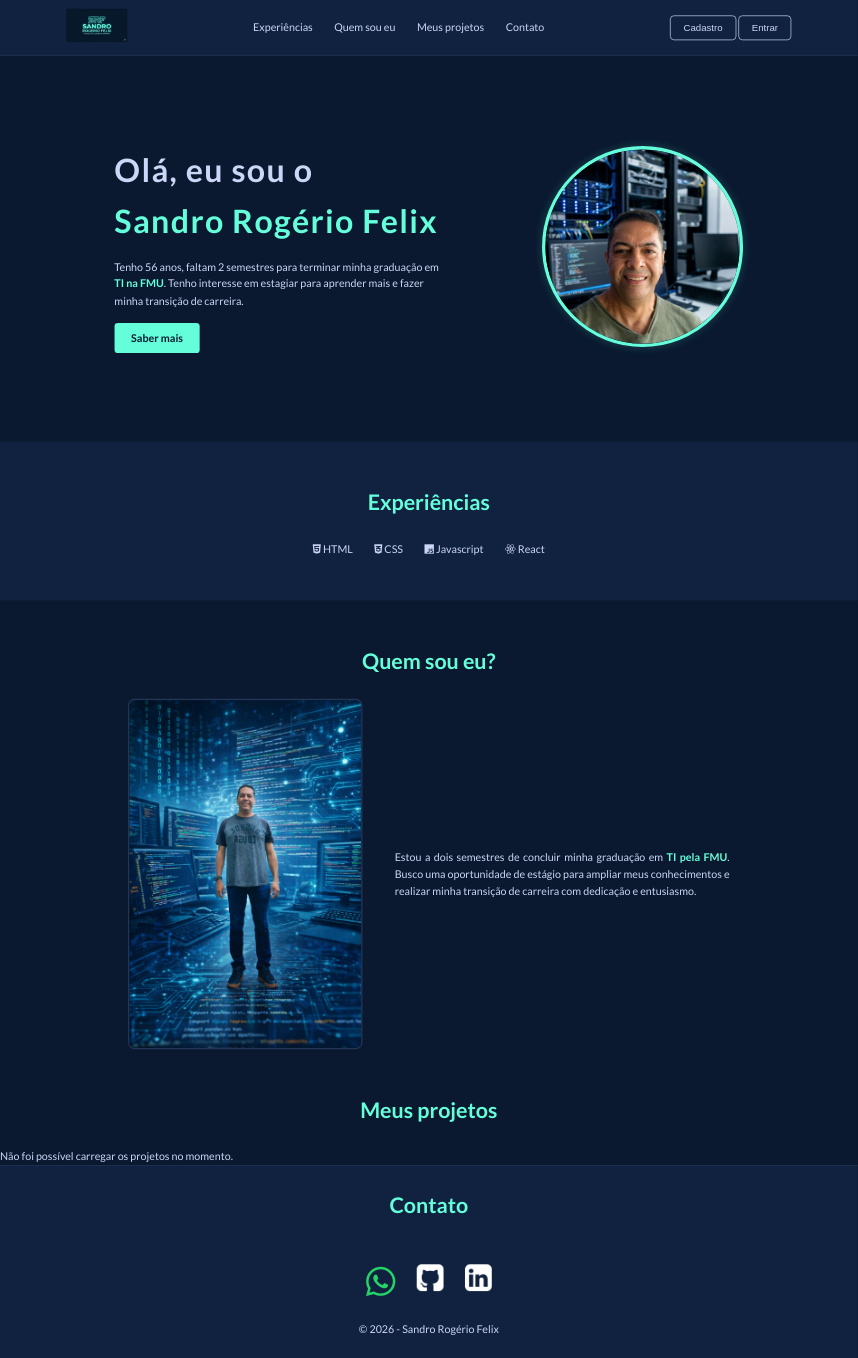
Repository: Sandro1969-tech/portifolio-Sandro
Page: index.html
These files come from the project's save history. The page is drawn as it stood at one moment and after the next save; the edit follows.
The browser window is 1280 px wide. The pictures show the whole page, at 67% of full size.
The page's requests for data from a server got no answer.

Above is the page before, as saved 2026-07-20 17:53:47.

### index.html
<!DOCTYPE html>
<html lang="pt-br">
<head>
    <meta charset="UTF-8" />
    <meta name="viewport" content="width=device-width, initial-scale=1.0" />
    <title>Sandro Rogério Felix | Portfólio</title>
    <link rel="stylesheet" href="style.css" />
    <link rel="stylesheet" href="https://cdnjs.cloudflare.com/ajax/libs/font-awesome/6.0.0/css/all.min.css">
</head>
<body>
    <header>
        <div class="box-img-header">
            <img class="img-logo" src="image/logo.png" alt="logo-SRF" />
        </div>
        <nav>
            <a href="#experiences" class="nav-links">Experiências</a>
            <a href="#quem-sou-eu" class="nav-links">Quem sou eu</a>
            <a href="#meus-projetos" class="nav-links">Meus projetos</a>
            <a href="#contact" class="nav-links">Contato</a>
        </nav>
        <div class="header-btns">
            <button class="box-btn-actions">Cadastro</button>
            <button class="box-btn-actions">Entrar</button>
        </div>
    </header>

    <main>
        <section class="first-section">
            <div class="box-text-main">
                <h1>Olá, eu sou o<br /><strong>Sandro Rogério Felix</strong></h1>
                <p>
                    Tenho 56 anos, faltam 2 semestres para terminar minha graduação
                    em <strong>TI na FMU</strong>. Tenho interesse em estagiar para
                    aprender mais e fazer minha transição de carreira.
                </p>
                <a href="#contact" class="link-action">Saber mais</a>
            </div>

            <div class="box-img-main">
                <img class="img-profile" src="image/img-logo.png" alt="perfil Sandro Rogério Felix" />
            </div>
        </section>

        <section id="experiences" class="second-section">
            <h2 class="title">Experiências</h2>
            <ul>
                <li><i class="fab fa-html5"></i> HTML</li>
                <li><i class="fab fa-css3-alt"></i> CSS</li>
                <li><i class="fab fa-js"></i> Javascript</li>
                <li><i class="fab fa-react"></i> React</li>
            </ul>
        </section>

        <section id="quem-sou-eu" class="third-section">
            <h2 class="title">Quem sou eu?</h2>
            <div>
<img class="quem-sou-eu" src="image/tech.png" alt="Tecnologia">                <p>
                    Estou a dois semestres de concluir minha graduação em <strong>TI pela FMU</strong>.
                    Busco uma oportunidade de estágio para ampliar meus conhecimentos e realizar
                    minha transição de carreira com dedicação e entusiasmo.
                </p>
            </div>
        </section>

        <section id="meus-projetos" class="fourth-section-container">
            <h2 class="title">Meus projetos</h2>
            <p id="loading">Carregando repositórios do GitHub...</p>
            <div id="meus-projetos-list"></div>
        </section>
    </main>

    <footer id="contact">
        <h2 class="title">Contato</h2>
        <div class="footer-content">
            <a href="https://wa.me/5511949633343?text=Olá%20Sandro,%20vi%20seu%20portfólio" target="_blank">
                <i class="fab fa-whatsapp"></i>
            </a>
            <a href="https://github.com/Sandro1969-tech" target="_blank">
  <img src="image/github.png" alt="icone github" />
</a>
<a href="https://linkedin.com/in/sandro-rogerio-felix-b43828372" target="_blank">
  <img src="image/linkedin.png" alt="icone linkedin" />
</a>        </div>
        <p>© 2026 - Sandro Rogério Felix</p>
    </footer>

    <script src="main.js"></script>
</body>
</html>

### style.css
/* --- ESTILO COMPLETO: SANDRO ROGÉRIO FELIX --- */

@import url("https://fonts.googleapis.com/css2?family=Lato:wght@400;700&display=swap");

/* Reset global */
* {
  margin: 0;
  padding: 0;
  box-sizing: border-box;
}

/* Variáveis de cor (Visual Dark Neon) */
:root {
  --bg-color: #0a192f;
  --bg-secondary: #112240;
  --text-main: #ccd6f6;
  --text-highlight: #64ffda;
  --accent: #233554;
}

/* Corpo */
body {
  background-color: var(--bg-color);
  font-family: 'Lato', sans-serif;
  color: var(--text-main);
  line-height: 1.6;
}

/* Scrollbar */
::-webkit-scrollbar {
  width: 10px;
}
::-webkit-scrollbar-track {
  background: var(--bg-secondary);
}
::-webkit-scrollbar-thumb {
  background: var(--accent);
}
::-webkit-scrollbar-thumb:hover {
  background: var(--text-highlight);
}

html {
  scroll-behavior: smooth;
}

/* Header */
header {
  display: flex;
  justify-content: space-around;
  align-items: center;
  gap: 1rem;
  flex-wrap: wrap;
  padding: .8rem;
  background-color: var(--bg-secondary);
  min-height: 70px;
  border-bottom: 1px solid var(--accent);
}

.img-logo {
  height: 50px !important;
  width: auto;
}

nav {
  display: flex;
  gap: 2rem;
  justify-content: center;
}

.nav-links {
  text-decoration: none;
  color: var(--text-main);
  transition: .4s;
}

.nav-links:hover {
  color: var(--text-highlight);
  text-decoration: underline;
}

/* Botões */
button.box-btn-actions {
  padding: .6rem 1.2rem;
  font-size: .9rem;
  border-radius: 6px;
  cursor: pointer;
  transition: .4s;
  background-color: transparent;
  border: 1px solid var(--text-main);
  color: var(--text-main);
}

button.box-btn-actions:hover {
  background-color: var(--accent);
  border-color: var(--text-highlight);
  color: var(--text-highlight);
}

/* Primeira Seção */
.first-section {
  display: flex;
  justify-content: space-evenly;
  align-items: center;
  padding: 4rem 2rem;
  min-height: 80vh;
  flex-wrap: wrap;
}

.box-text-main {
  max-width: 500px;
}

h1 {
  font-size: 3rem;
  letter-spacing: 2px;
  margin-bottom: 1rem;
}

strong {
  color: var(--text-highlight);
}

.link-action {
  display: inline-block;
  margin-top: 20px;
  text-decoration: none;
  background-color: var(--text-highlight);
  color: var(--bg-color);
  padding: 10px 25px;
  border-radius: 5px;
  font-weight: bold;
  transition: .3s;
}

.link-action:hover {
  transform: translateY(-3px);
  box-shadow: 0 5px 15px rgba(100, 255, 218, 0.3);
}

.img-profile {
  border-radius: 50%;
  width: 300px !important;
  height: 300px !important;
  border: 5px solid var(--text-highlight);
  box-shadow: 0 0 15px rgba(100, 255, 218, 0.2);
  object-fit: cover;
}

/* Título Geral (H2) */
.title {
  color: var(--text-highlight);
  font-size: 2rem;
  margin-bottom: 2rem;
  width: 100%;
  text-align: center; /* Garante que o texto dentro dele centralize */
}

/* Segunda Seção (Experiências) */
.second-section {
  background-color: var(--bg-secondary);
  padding: 4rem 2rem;
  display: flex;
  flex-direction: column;
  align-items: center;
}

.second-section ul {
  list-style: none;
  display: flex;
  justify-content: center;
  gap: 2rem;
  flex-wrap: wrap;
}

/* Terceira Seção (Quem sou eu) */
.third-section {
  padding: 4rem 2rem;
  display: flex;
  flex-direction: column;
  align-items: center;
}

.third-section div {
  display: flex;
  justify-content: center;
  align-items: center;
  gap: 3rem;
  flex-wrap: wrap;
}

.quem-sou-eu {
  width: 350px !important; /* Tamanho corrigido conforme conversamos */
  height: auto !important;
  border-radius: 10px;
  border: 2px solid var(--accent);
}

.third-section p {
  max-width: 500px;
  text-align: justify;
}

/* QUARTA SEÇÃO (Projetos) - AJUSTE DE CENTRALIZAÇÃO */
.fourth-section {
  padding: 4rem 2rem;
  display: flex;
  flex-direction: column; /* Coloca o H2 em cima da lista */
  align-items: center;    /* Centraliza o H2 e a lista horizontalmente */
  width: 100%;
}

/* Estilo específico para o H2 dos projetos para garantir o centro */
.fourth-section .title {
  display: block;
  margin: 0 auto 2rem auto;
  text-align: center;
}

#meus-projetos-list {
  display: flex;
  flex-wrap: wrap;
  justify-content: center; /* Centraliza os botões dos projetos */
  gap: 12px;
  max-width: 1000px;
  margin: 0 auto;
}

#meus-projetos-list a {
  background-color: rgba(100, 255, 218, 0.1);
  color: var(--text-highlight);
  text-decoration: none;
  padding: 10px 20px;
  border: 1px solid rgba(100, 255, 218, 0.3);
  border-radius: 50px;
  font-size: 14px;
  transition: all 0.3s ease;
}

#meus-projetos-list a:hover {
  background-color: var(--text-highlight);
  color: var(--bg-color);
  transform: scale(1.05);
}

/* Rodapé */
footer {
  padding: 2rem;
  background-color: var(--bg-secondary);
  display: flex;
  flex-direction: column;
  align-items: center;
  gap: 2rem;
  border-top: 1px solid var(--accent);
}

footer div {
  display: flex;
  justify-content: center;
  gap: 2rem;
  flex-wrap: wrap;
}

footer img {
  width: 40px;
  height: 40px;
  filter: brightness(0) invert(1);
}

footer i.fa-whatsapp {
  font-size: 50px;
  color: #25D366;
}

### main.js
async function getProjects() {
    const urlGitHub = "https://api.github.com/users/Sandro1969-tech/repos?sort=created&per_page=100";
    const loadingElement = document.getElementById('loading');
    const container = document.getElementById('meus-projetos-list');

    try {
        const response = await fetch(urlGitHub);
        if (!response.ok) throw new Error('Erro na requisição');

        const data = await response.json();

        loadingElement.style.display = 'none';
        container.innerHTML = ""; // Limpa o container antes de carregar

        data.forEach(repo => {
            // Cria o elemento de link para o projeto
            const a = document.createElement("a");
            a.href = repo.html_url;
            a.target = "_blank";
            a.rel = "noopener noreferrer";

            // Formata o nome: substitui hifens por espaços e deixa em maiúsculo
            const projectName = repo.name.replace(/-/g, ' ').toUpperCase();
            a.textContent = projectName;

            // Adiciona uma pequena descrição se houver (opcional)
            if (repo.description) {
                a.title = repo.description;
            }

            container.appendChild(a);
        });

    } catch (e) {
        console.error("Erro ao procurar projetos:", e);
        loadingElement.textContent = "Não foi possível carregar os projetos no momento.";
    }
}

// Executa a função ao carregar a página
getProjects();

After the next save:
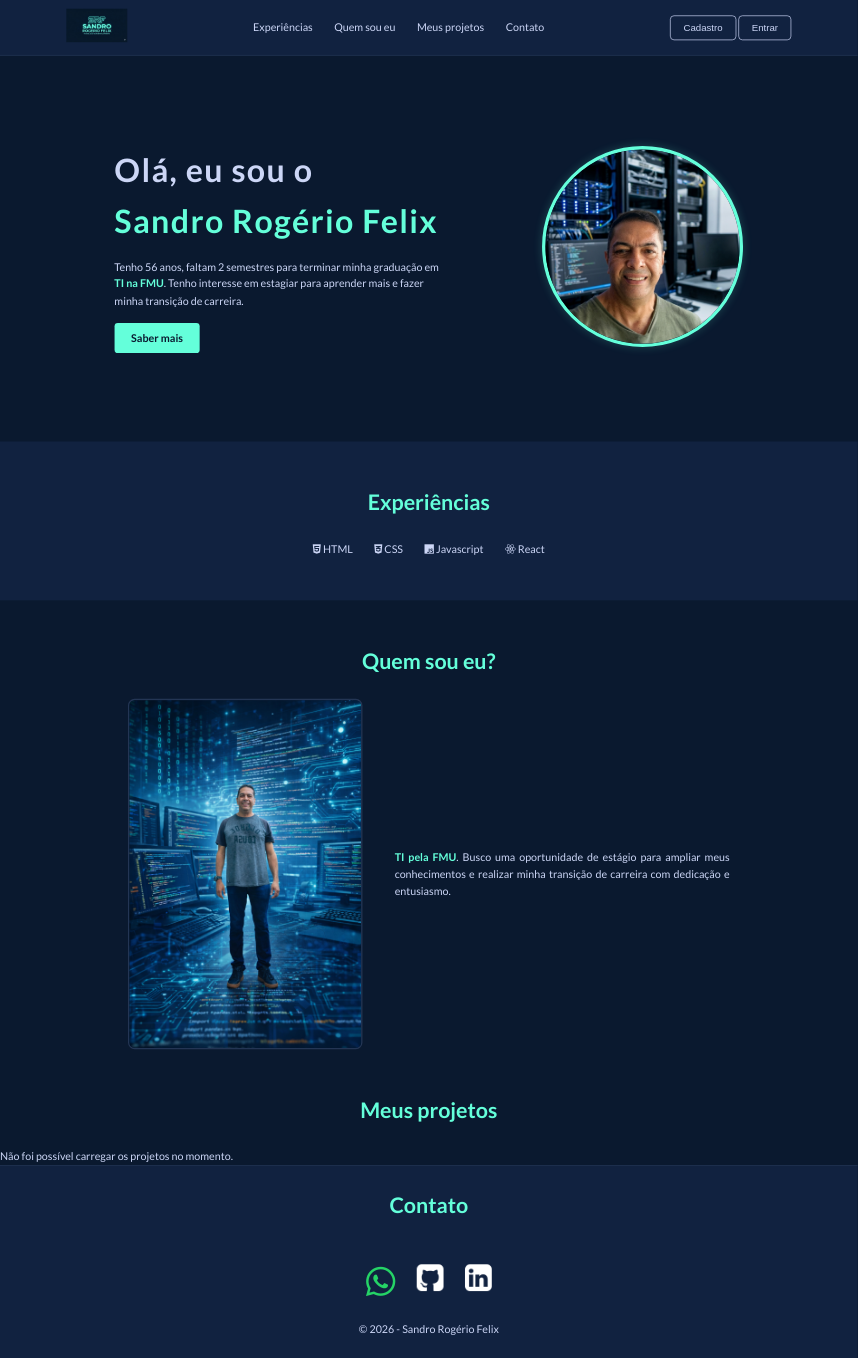
Saved 2 min 56 s later.
--- a/index.html
+++ b/index.html
@@ -55,7 +55,7 @@
             <h2 class="title">Quem sou eu?</h2>
             <div>
 <img class="quem-sou-eu" src="image/tech.png" alt="Tecnologia">                <p>
-                    Estou a dois semestres de concluir minha graduação em <strong>TI pela FMU</strong>.
+                     <strong>TI pela FMU</strong>.
                     Busco uma oportunidade de estágio para ampliar meus conhecimentos e realizar
                     minha transição de carreira com dedicação e entusiasmo.
                 </p>
